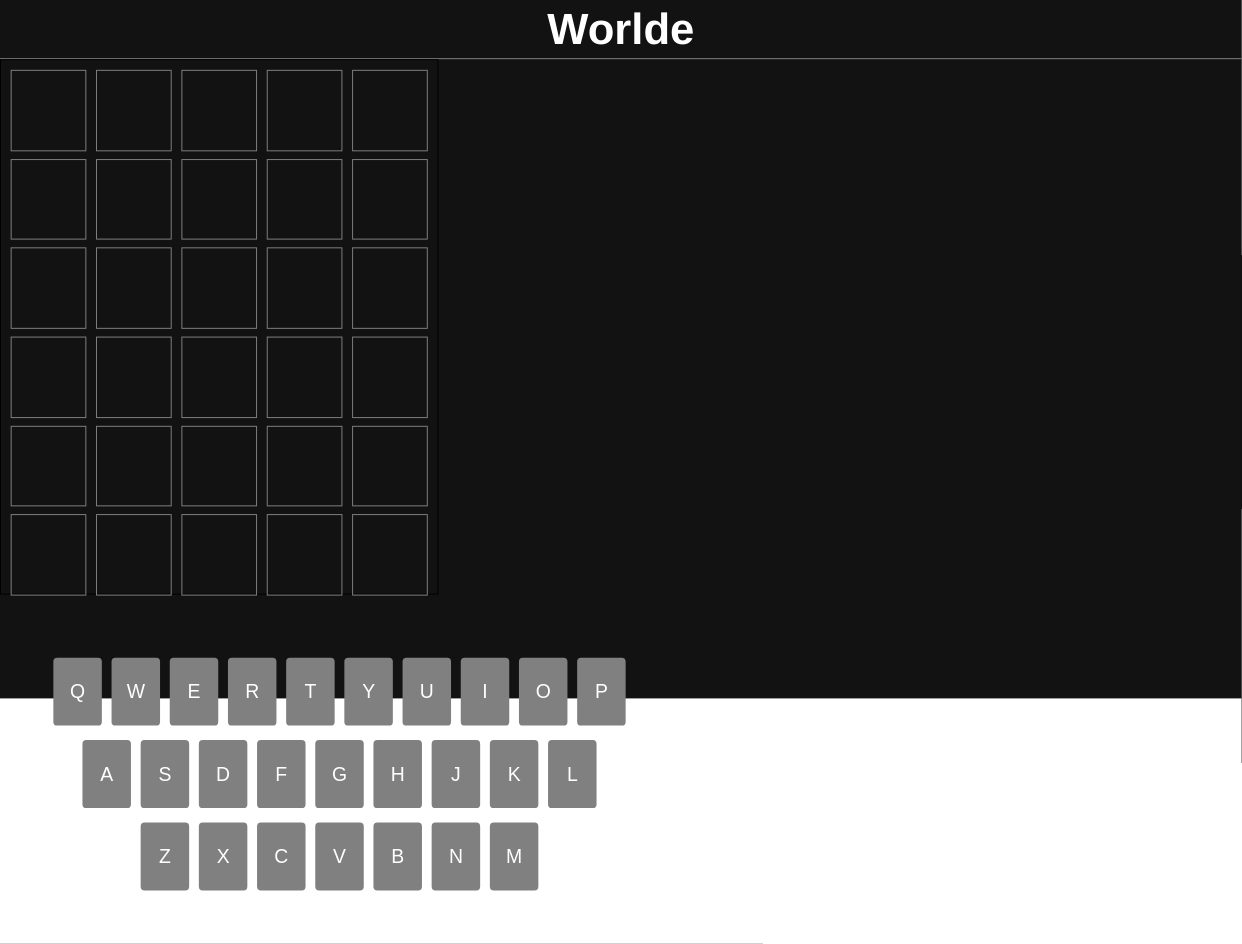
Repository: azizdeghais/Wordle
Page: /
The author's editor kept a copy of each file at every save. The page is drawn from the files as they stood at one save, then again after the next save.
The browser window is 1280 px wide. The pictures show the whole page, at 97% of full size.
The project was rebuilt for these pictures with package versions that can differ from the ones it lists, and the page was loaded fresh each time.

Above is the page before, as saved 2022-11-30 10:07:13.

### src/App.js
import './App.css';
import Board from './Components/Board';
import Keyboard from './Components/Keyboard';
import {createContext,useState } from 'react'
import {boardDefault} from  "./Words"

export const AppContext = createContext();

function App() {
  const [board,setBoard]=useState(boardDefault);

  return (
    <div className="App">
     <nav><h1>Worlde</h1></nav>
     <AppContext.Provider value={{board,setBoard}}>
     <Board />
     <Keyboard />
     </AppContext.Provider>
    </div>
  );
}

export default App;

### src/Components/Board.js
import React,{useState} from 'react'
import { boardDefault } from '../Words'
import Letter  from './Letter';

function Board() {


  return (
    <div className='board'>
        <div className='row'>
          <Letter letterPos={0} attemptVal={0}></Letter>
          <Letter letterPos={1} attemptVal={0}></Letter>
          <Letter letterPos={2} attemptVal={0}></Letter>
          <Letter letterPos={3} attemptVal={0}></Letter>
          <Letter letterPos={4} attemptVal={0}></Letter>
          </div>
        <div className='row'>
          <Letter letterPos={0} attemptVal={1}></Letter>
          <Letter letterPos={1} attemptVal={1}></Letter>
          <Letter letterPos={2} attemptVal={1}></Letter>
          <Letter letterPos={3} attemptVal={1}></Letter>
          <Letter letterPos={4} attemptVal={1}></Letter>
          </div>
        <div className='row'>
          <Letter letterPos={0} attemptVal={2}></Letter>
          <Letter letterPos={1} attemptVal={2}></Letter>
          <Letter letterPos={2} attemptVal={2}></Letter>
          <Letter letterPos={3} attemptVal={2}></Letter>
          <Letter letterPos={4} attemptVal={2}></Letter>
          </div>
        <div className='row'>
          <Letter letterPos={0} attemptVal={3}></Letter>
          <Letter letterPos={1} attemptVal={3}></Letter>
          <Letter letterPos={2} attemptVal={3}></Letter>
          <Letter letterPos={3} attemptVal={3}></Letter>
          <Letter letterPos={4} attemptVal={3}></Letter>
          </div>
        <div className='row'>
          <Letter letterPos={0} attemptVal={4}></Letter>
          <Letter letterPos={1} attemptVal={4}></Letter>
          <Letter letterPos={2} attemptVal={4}></Letter>
          <Letter letterPos={3} attemptVal={4}></Letter>
          <Letter letterPos={4} attemptVal={4}></Letter>
          </div>
        <div className='row'>
          <Letter letterPos={0} attemptVal={5}></Letter>
          <Letter letterPos={1} attemptVal={5}></Letter>
          <Letter letterPos={2} attemptVal={5}></Letter>
          <Letter letterPos={3} attemptVal={5}></Letter>
          <Letter letterPos={4} attemptVal={5}></Letter>
          </div>
    </div>
  )
}

export default Board

### src/Components/Keyboard.js
import React from "react";
import Key from "./Key";

function Keyboard() {
  const keys1 = ["Q", "W", "E", "R", "T", "Y", "U", "I", "O", "P"];
  const keys2 = ["A", "S", "D", "F", "G", "H", "J", "K", "L"];
  const keys3 = ["Z", "X", "C", "V", "B", "N", "M"];

  return (
    <div className="keyboard">
      <div className="line1">
        {keys1.map((key) => {
          return <Key keyVal={key} />;
        })}
      </div>
      <div className="line2">
        {keys2.map((key) => {
          return <Key keyVal={key}/>;
        })}
      </div>
      <div className="line3">
        {keys3.map((key) => {
          return <Key keyVal={key} />;
        })}
      </div>
    </div>
  );
}

export default Keyboard;

### src/Words.js
export const boardDefault = [
    ["", "", "", "", ""],
    ["", "", "", "", ""],
    ["", "", "", "", ""],
    ["", "", "", "", ""],
    ["", "", "", "", ""],
    ["", "", "", "", ""],
  ];

### src/Components/Letter.js
import React,{useContext} from 'react'
import App, {AppContext} from '../App'

function Letter({letterPos,attemptVal}) {
  const {board}=useContext(AppContext);
  const letter = board[attemptVal][letterPos]
  return (
    <div className='letter'>{letter}</div>
  )
}

export default Letter

### src/Components/Key.js
import React from 'react'

function Key({keyVal}) {
  return (
    <div className='key'>{keyVal}</div>
  )
}

export default Key

Loaded but not shown: public/index.html (common file); src/index.js (common file); src/reportWebVitals.js (common file); src/App.css (common file)

After the next save:
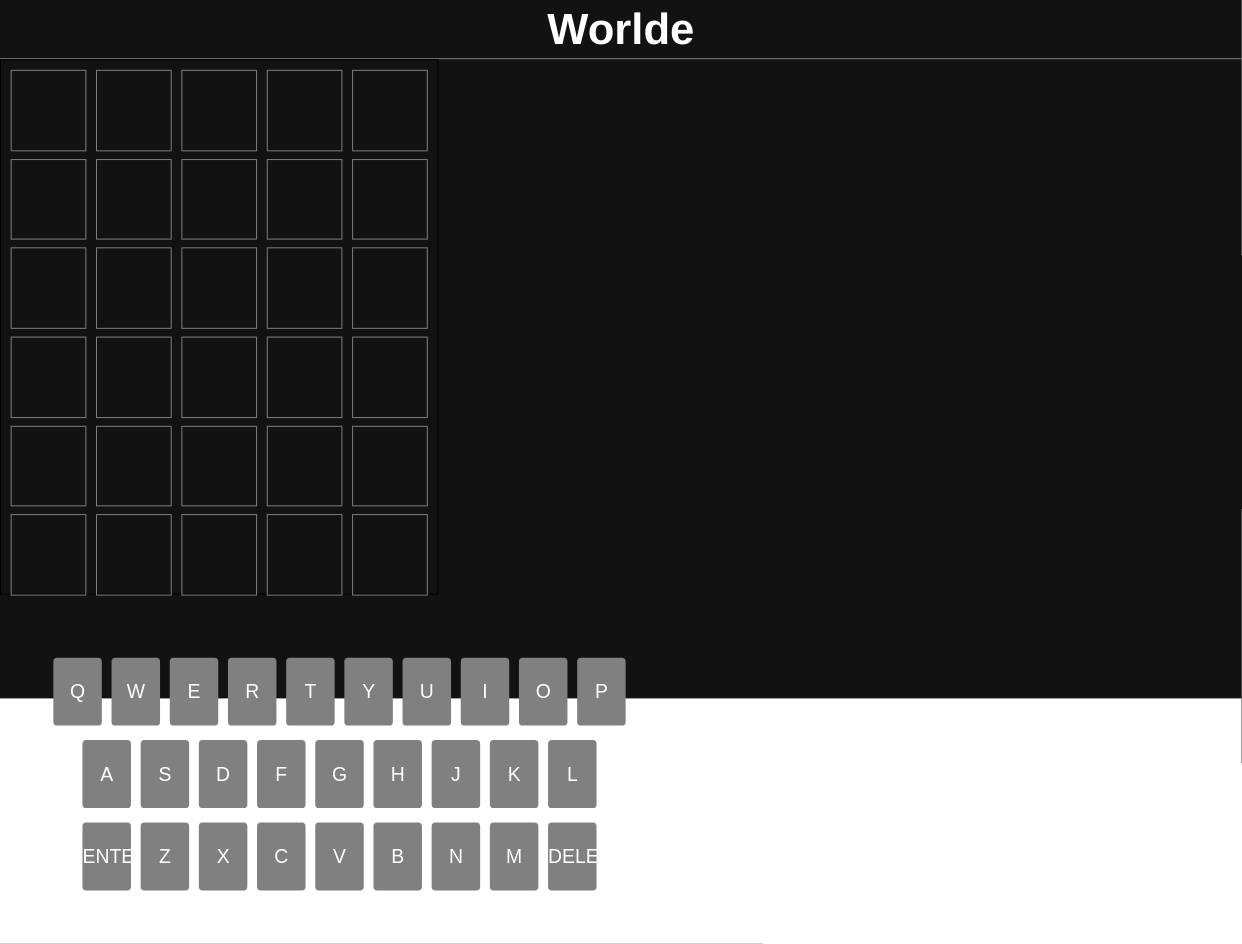
Saved 78 s later.
--- a/src/Components/Keyboard.js
+++ b/src/Components/Keyboard.js
@@ -19,9 +19,11 @@
         })}
       </div>
       <div className="line3">
+        <Key keyVal={"ENTER"}/>
         {keys3.map((key) => {
           return <Key keyVal={key} />;
         })}
+        <Key keyVal={"DELETE"}/>
       </div>
     </div>
   );
